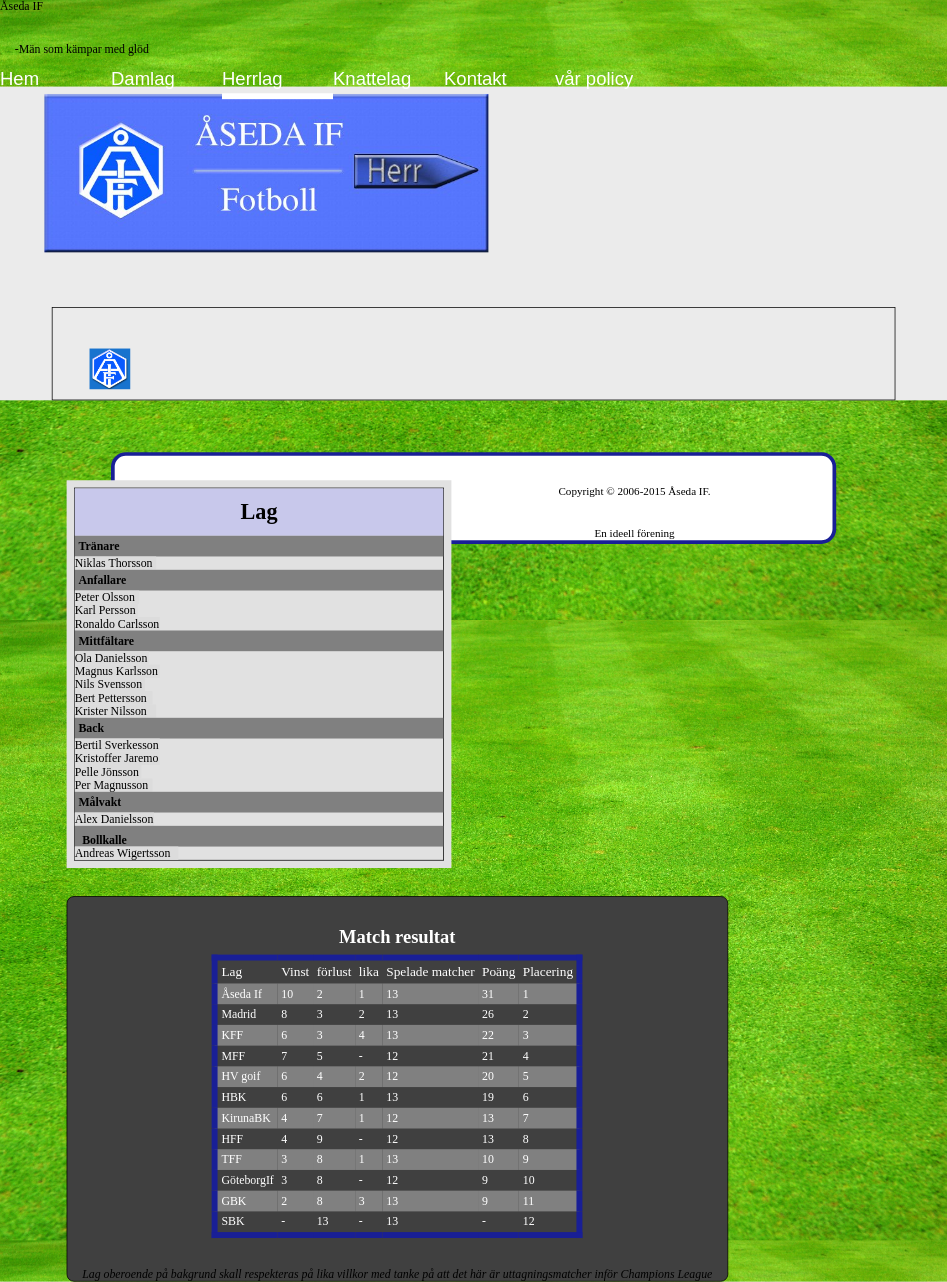
Repository: alexanderdanielsson28/ProjektAsedaIF
Page: html/Herrlag.html
The author's editor kept a record of every edit. The page is drawn from the files as they stood at one moment, then again after the next edit.
The browser window is 1280 px wide. The pictures show the whole page, at 74% of full size.
Backgrounds fixed to the window are drawn as part of the page.

Above is the page before.

After the next edit:
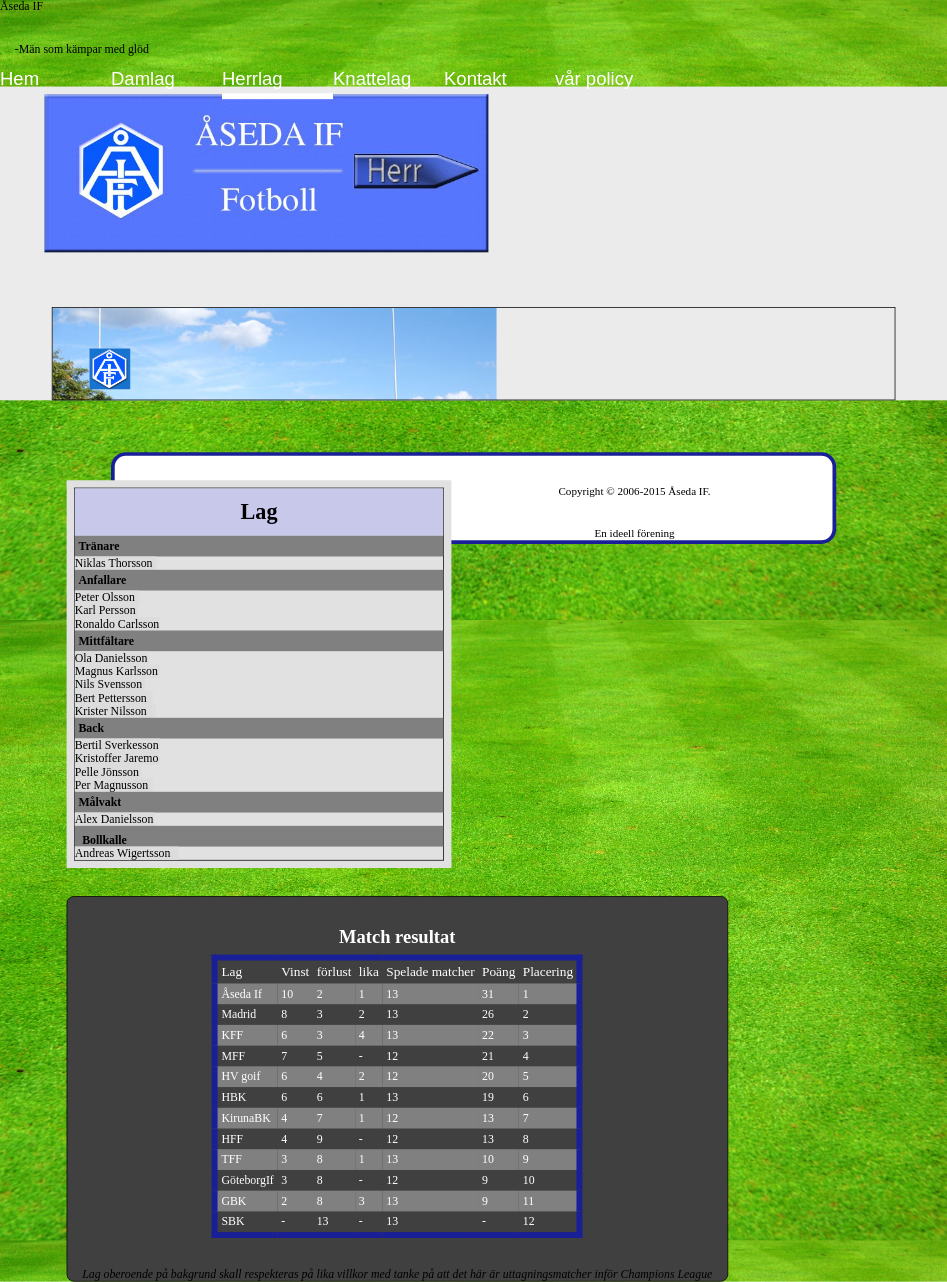
The edit:
--- a/html/Herrlag.html
+++ b/html/Herrlag.html
@@ -49,7 +49,7 @@
 
 
 
-        <aside id="aside">
+        <aside id="aside" class="bildflera">
             <div id="fb-root"></div>
             <div class="fb-like" data-href="https://www.facebook.com/asedaif?fref=ts&__mref=message_bubble" data-layout="standard" data-action="like" data-show-faces="true" data-share="true"></div>
             <img id="bilden" src="../pictures/aseda.png" alt="bilden kan ej visas">
